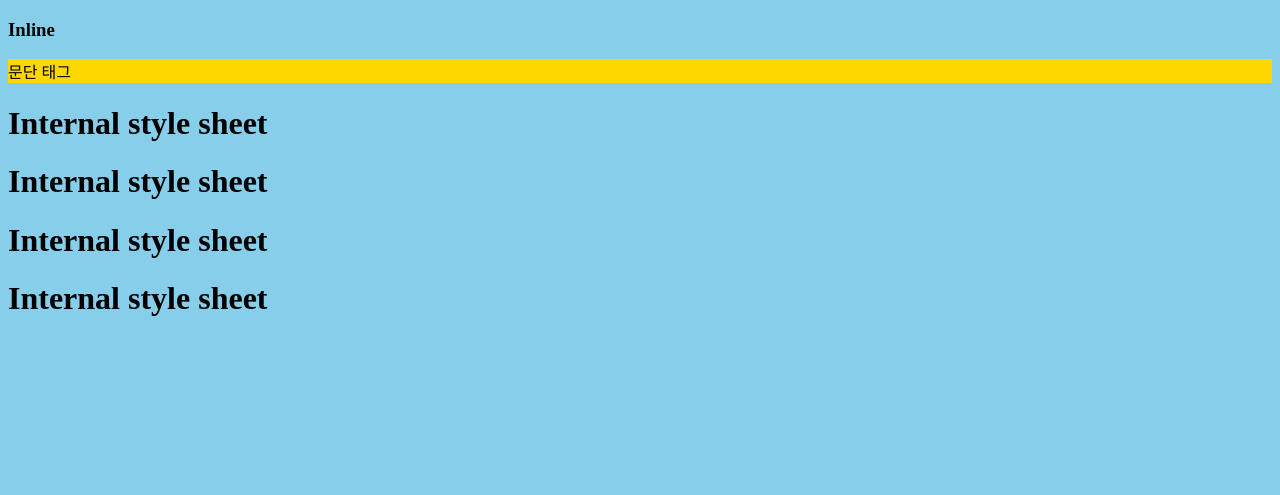
Repository: poomshen/team_03_project2
Page: WebBasic/WebContent/Ex04_Basic.html
An editor plug-in stored every save of this project. The page is shown before and after the next save, followed by the edit.
The browser window is 1280 px wide. The pictures show the whole page.

Above is the page before, as saved 2016-08-26 06:50:57.

### WebBasic/WebContent/Ex04_Basic.html
<!DOCTYPE html>
<html>
<head>
<meta charset="UTF-8">
<title>Insert title here</title>
	<style type="text/css">
		body {background-color: skyblue;}"
		h1 {color: white;}
	</style>

	<line rel="stylesheet" href="Ex04.css">
</head>
<body>
<h3>Inline</h3>
<p style="background-color: gold">
	문단 태그
</p>
	<h1>Internal style sheet</h1>
	<h1>Internal style sheet</h1>
	<h1>Internal style sheet</h1>
	<h1>Internal style sheet</h1>
</body>
</html>

After the next save:
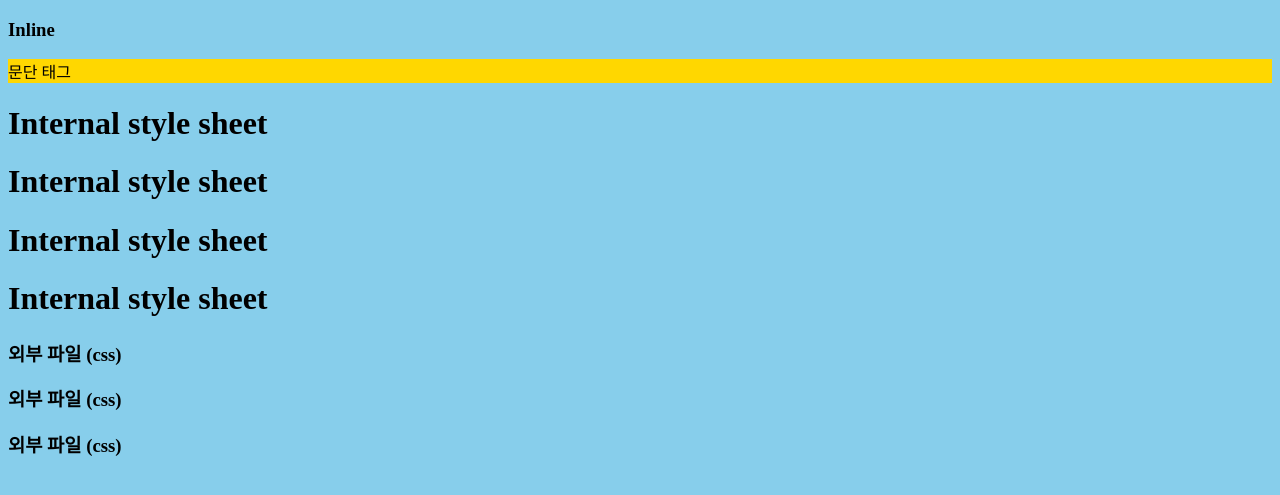
Saved 26 s later.
--- a/WebBasic/WebContent/Ex04_Basic.html
+++ b/WebBasic/WebContent/Ex04_Basic.html
@@ -19,5 +19,8 @@
 	<h1>Internal style sheet</h1>
 	<h1>Internal style sheet</h1>
 	<h1>Internal style sheet</h1>
+	<h3> 외부 파일 (css)</h3>
+	<h3> 외부 파일 (css)</h3>
+	<h3> 외부 파일 (css)</h3>
 </body>
 </html>
